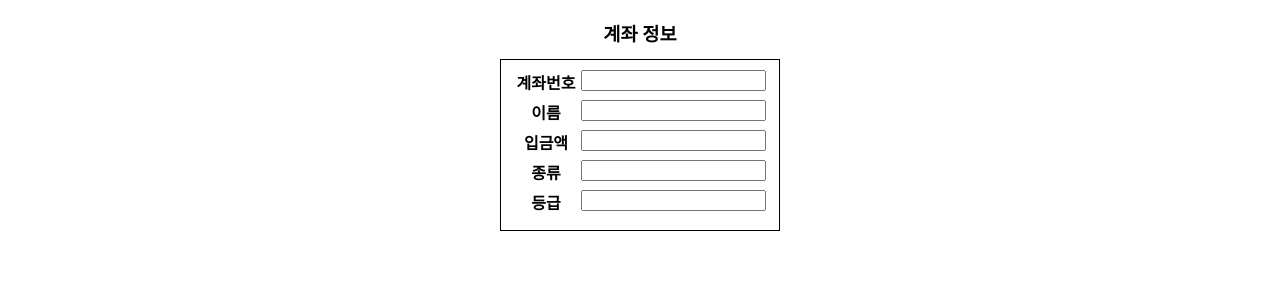
Repository: GDandTOP/JavaStudy
Page: http://localhost/0125/accinfo.jsp
These files come from the project's save history. The page is drawn as it stood at one moment and after the next save; the edit follows.
The browser window is 1280 px wide. The pictures show the whole page.
The page is served by Tomcat 9.

Above is the page before, as saved 2023-01-25 05:19:31.

After the next save:
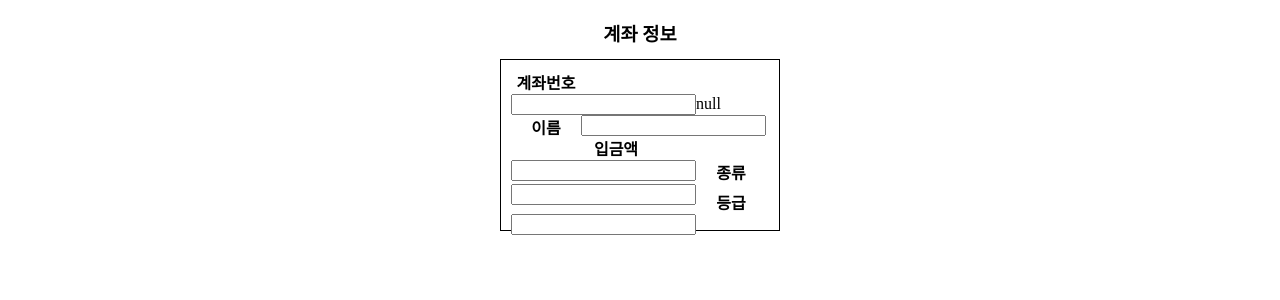
Saved 23 s later.
--- a/jsptest/0125/src/main/webapp/accinfo.jsp
+++ b/jsptest/0125/src/main/webapp/accinfo.jsp
@@ -59,7 +59,7 @@
             <div class="container">
                 <div class="row">
                     <div class="title">계좌번호</div>
-                    <div class="input"><input type="text" name="id" id='id' readonly></div>
+                    <div class="input"><input type="text" name="id" id='id' readonly><%=id %></div>
                 </div>
                 <div class="row">
                     <div class="title">이름</div>

After the save that followed:
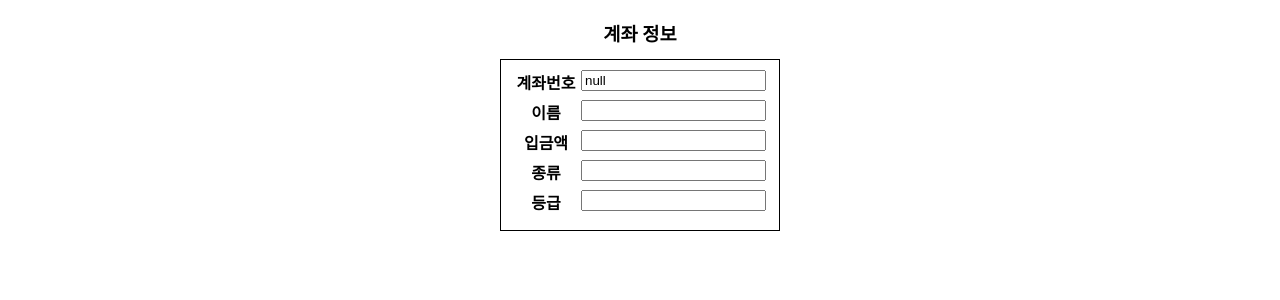
Saved 26 s later.
--- a/jsptest/0125/src/main/webapp/accinfo.jsp
+++ b/jsptest/0125/src/main/webapp/accinfo.jsp
@@ -59,7 +59,7 @@
             <div class="container">
                 <div class="row">
                     <div class="title">계좌번호</div>
-                    <div class="input"><input type="text" name="id" id='id' readonly><%=id %></div>
+                    <div class="input"><input type="text" name="id" id='id' readonly value =<%=id %>></div>
                 </div>
                 <div class="row">
                     <div class="title">이름</div>
